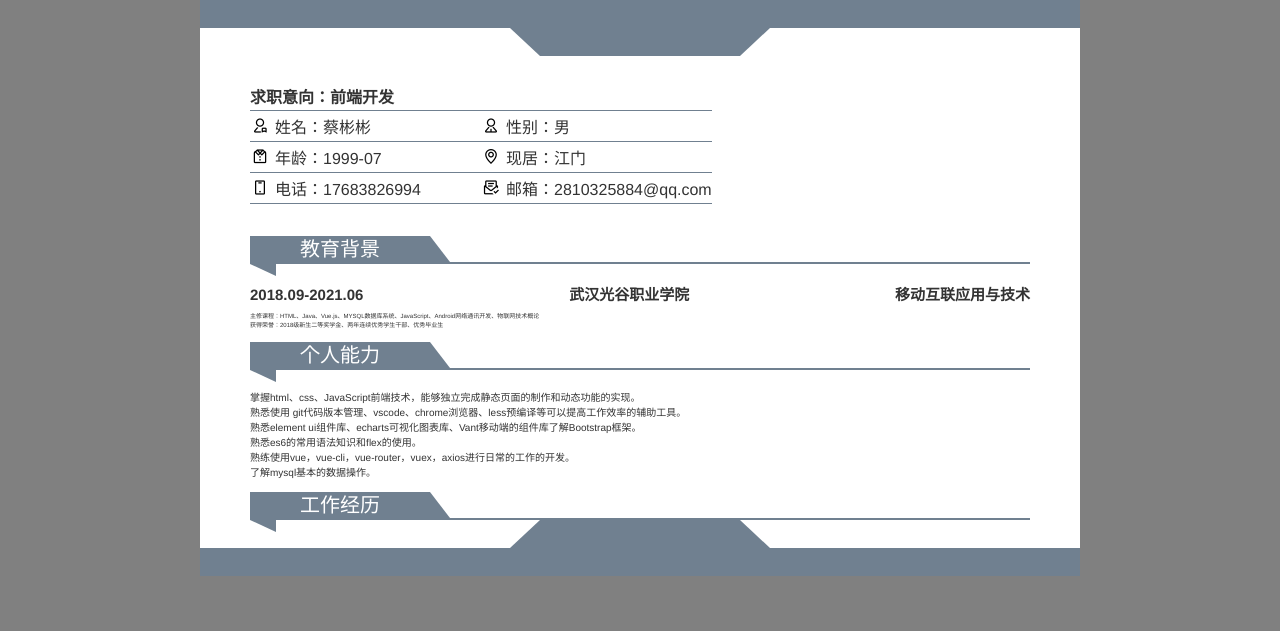
Repository: xiaobingezai/resume
Page: index.html
These files come from the project's save history. The page is drawn as it stood at one moment and after the next save; the edit follows.
The browser window is 1280 px wide. The pictures show the whole page.

Above is the page before, as saved 2022-11-03 00:42:16.
Console error: TypeError: Cannot set properties of null (setting 'innerHTML')

### index.html
<!DOCTYPE html>
<html lang="en">

<head>
    <meta charset="UTF-8">
    <meta http-equiv="X-UA-Compatible" content="IE=edge">
    <meta name="viewport" content="width=device-width, initial-scale=1.0">
    <title>Document</title>
    <link rel="stylesheet" href="css/index.css">
    <link rel="stylesheet" href="./iconfont/iconfont.css">
</head>

<body>
    <div class="wrapper" id="zhengTi">
        <div class="tiXing1"></div>
        <div id="head">
            <!-- 个人信息 -->
            <div class="geRenXinXi">
                <ul>
                    <li><h4>求职意向：前端开发</h4></li>
                    <li><div></span><span class="iconfont icon-office-supplies"></span><span>姓名：蔡彬彬</span></div><div></span><span class="iconfont icon-bussiness-man"></span>性别：男<span></span></div></li>
                    <li><div></span><span class="iconfont icon-apparel"></span><span>年龄：1999-07</span></div><div></span><span class="iconfont icon-map"></span><span>现居：江门</span></div></li>
                    <li><div></span><span class="iconfont icon-mobile-phone"></span><span>电话：17683826994</span></div><div></span><span class="iconfont icon-tradealert"></span><span>邮箱：2810325884@qq.com</span></div></li>
                </ul>
            </div>
            <!-- 教育背景 -->
            <div id="content">
                    <div class="zhuangShiTuPian"><samp>教育背景</samp></div>
                    <p class="jiShu1"><span>2018.09-2021.06</span><span>武汉光谷职业学院</span><span>移动互联应用与技术</span></p>
                    <p>主修课程：HTML、Java、Vue.js、MYSQL数据库系统、JavaScript、Android网络通讯开发、物联网技术概论</p>
                    <p>获得荣誉：2018级新生二等奖学金、两年连续优秀学生干部、优秀毕业生</p>
            </div>
            <!-- 个人能力 -->
            <div id="tail">
                <div class="zhuangShiTuPian"><samp>个人能力</samp></div>
                <ul>
                    <li>掌握html、css、JavaScript前端技术，能够独立完成静态页面的制作和动态功能的实现。</li>
                    <li>熟悉使用 git代码版本管理、vscode、chrome浏览器、less预编译等可以提高工作效率的辅助工具。 </li>
                    <li>熟悉element ui组件库、echarts可视化图表库、Vant移动端的组件库了解Bootstrap框架。 </li>
                    <li>熟悉es6的常用语法知识和flex的使用。</li>
                    <li>熟练使用vue，vue-cli，vue-router，vuex，axios进行日常的工作的开发。</li>
                    <li>了解mysql基本的数据操作。</li>
                </ul>
            </div>
            <!-- 工作经历 -->
            <div class="gongZuoJingLi">
                <div class="zhuangShiTuPian"><samp>工作经历</samp></div>
            </div>
        </div>

        <!-- 底部 -->
        <div class="tiXing2"></div>
    </div>
    <script src="./js/index.js"></script>
</body>

</html>

### css/index.css
/* 清除默认样式的代码 */
/* 去除常见标签默认的 margin 和 padding */
body,
h1,
h2,
h3,
h4,
h5,
h6,
p,
ul,
ol,
li,
dl,
dt,
dd,
input {
    margin: 0;
    padding: 0;
}

/* 內减模式 */
* {
    box-sizing: border-box;
}

/* 设置网页统一的字体大小、行高、字体系列相关属性 */
body {
    font: 16px/1.5 "Helvetica Neue", Helvetica, Arial, "Microsoft Yahei",
        "Hiragino Sans GB", "Heiti SC", "WenQuanYi Micro Hei", sans-serif;
    color: #333;
}

/* 去除列表默认样式 */
ul,
ol {
    list-style: none;
}

/* 去除默认的倾斜效果 */
em,
i {
    font-style: normal;
}

/* 去除a标签默认下划线，并设置默认文字颜色 */
a {
    text-decoration: none;
    color: #333;
}

/* 设置img的垂直对齐方式为居中对齐，去除img默认下间隙 */
img {
    vertical-align: middle;
}

/* 去除input默认样式 */
input {
    border: none;
    outline: none;
    color: #333;
}

/* 左浮动 */
.fl {
    float: left;
}

/* 右浮动 */
.fr {
    float: right;
}

/* 双伪元素清除法 */
.clearfix::before,
.clearfix::after {
    content: "";
    display: table;
}

.clearfix::after {
    clear: both;
}

/* 版心居中 */
.wrapper {
    width: 880px;
    margin: 0 auto;
}

body{
    background-color: rgba(128, 128,128);
}
/* 装饰横条背景 */
.zhuangShiTuPian {
    position: relative;
    text-align: center;
    line-height: 30px;
    font-size: 20px;
    color: #fff;
    width: 780px;
    height: 40px;
    border-bottom: 2px solid #708090;
}
.zhuangShiTuPian::after {
    content: '';
    position: absolute;
    left: 0px;
    top: 40px;
    width: 0;
    height: 0;
    border-width: 0 26px 12px 0;
    border-style: solid;
    border-color: transparent #708090;
}
.zhuangShiTuPian samp {
    display: block;
    width: 200px;
    height: 0;
    padding-top: 12px;
    border-bottom: 26px solid #708090;
    border-right: 20px solid transparent;
}

/* 最外层的盒子的样式设置 */
#zhengTi {
    background-color: #fff;
    border-top: 28px solid #708090 ;
    border-bottom: 28px solid #708090 ;
}
#zhengTi .tiXing1 {
    width: 260px;
    height: 0;
    margin: 0 auto;
    border-top: 28px solid #708090;
    border-left: 30px solid transparent;
    border-right: 30px solid transparent;
}
#zhengTi .tiXing2 {
    width: 260px;
    height: 0;
    margin: 0 auto;
    border-bottom: 28px solid #708090;
    border-left: 30px solid transparent;
    border-right: 30px solid transparent;
}

/* head的区域 */
#zhengTi #head {
    margin-left: 50px;
    margin-right: 50px;
}
/* 个人信息 */
#zhengTi #head .geRenXinXi {
    margin-top: 30px;
}
#zhengTi #head .geRenXinXi li{
    width: 462px;
    border-bottom: 1px solid #708090;
}
#zhengTi #head .geRenXinXi li .iconfont {
    font-size: 20px;
    color: #000;
    margin-right: 5px;
}
#zhengTi #head .geRenXinXi li {
    display: flex;
}
#zhengTi #head .geRenXinXi li div {
    flex: 1;
}

/* 教育背景 */
#zhengTi #head #content {
    margin-top: 20px;
}
#zhengTi #head #content .jiShu1 {
    margin-top: 20px;
    margin-bottom: 5px;
    display: flex;
    justify-content: space-between;
    font-weight: 800;
    font-size: 15px;
}
#zhengTi #head #content p {
    font-size: 6px;
}

/* 个人能力 */
#zhengTi #head #tail ul {
    margin-top: 20px;
}
#zhengTi #head #tail ul li {
    font-size: 10px;
}

### iconfont/iconfont.css
@font-face {
  font-family: "iconfont"; /* Project id 3746240 */
  src: url('iconfont.woff2?t=1667411973755') format('woff2'),
       url('iconfont.woff?t=1667411973755') format('woff'),
       url('iconfont.ttf?t=1667411973755') format('truetype');
}

.iconfont {
  font-family: "iconfont" !important;
  font-size: 16px;
  font-style: normal;
  -webkit-font-smoothing: antialiased;
  -moz-osx-font-smoothing: grayscale;
}

.icon-Similarproducts:before {
  content: "\e766";
}

.icon-trust:before {
  content: "\e76b";
}

.icon-viewlist:before {
  content: "\e76d";
}

.icon-usercenter:before {
  content: "\e773";
}

.icon-bussiness-man:before {
  content: "\e6ef";
}

.icon-apparel:before {
  content: "\e743";
}

.icon-mobile-phone:before {
  content: "\e759";
}

.icon-map:before {
  content: "\e758";
}

.icon-office-supplies:before {
  content: "\e75a";
}

.icon-tradealert:before {
  content: "\e76a";
}

### js/index.js
let daoJiShi = document.querySelector('.daoJiShi');
            shiJian();
            function shiJian() {
                let time = new Date();
                let nian = time.getFullYear();
                let yue = time.getMonth();
                let ri = time.getDate();
                let h = time.getHours();
                let m = time.getMinutes();
                let s = time.getSeconds();
                let dangQianShiJian = '现在时间是：' + +nian + '年' + (yue + 1) + '月' + ri + '日' + h + '小时' + m + '分钟' + s + '秒' +
                    '。';
                daoJiShi.innerHTML = dangQianShiJian;
            }
            setInterval('shiJian()', 1000);

After the next save:
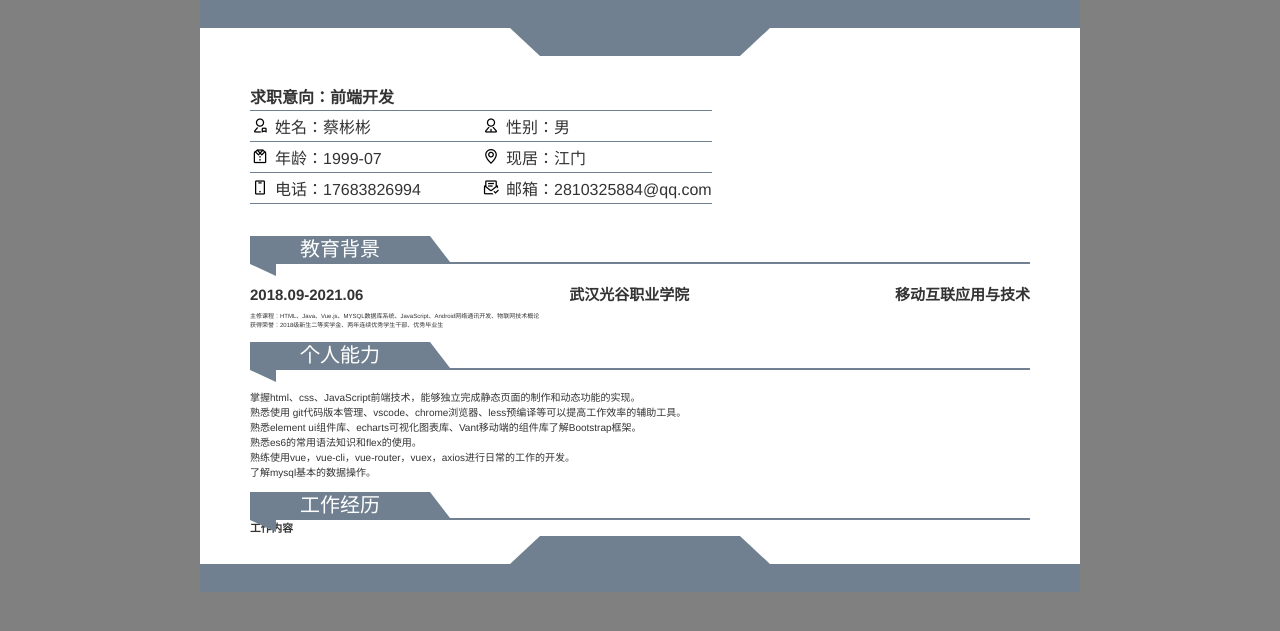
Saved 13 min 32 s later.
--- a/index.html
+++ b/index.html
@@ -45,6 +45,14 @@
             <!-- 工作经历 -->
             <div class="gongZuoJingLi">
                 <div class="zhuangShiTuPian"><samp>工作经历</samp></div>
+                <div><span></span><span></span><span></span></div>
+                <ul>
+                    <h6>工作内容</h6>
+                    <li></li>
+                    <li></li>
+                    <li></li>
+                    <li></li>
+                </ul>
             </div>
         </div>
 
